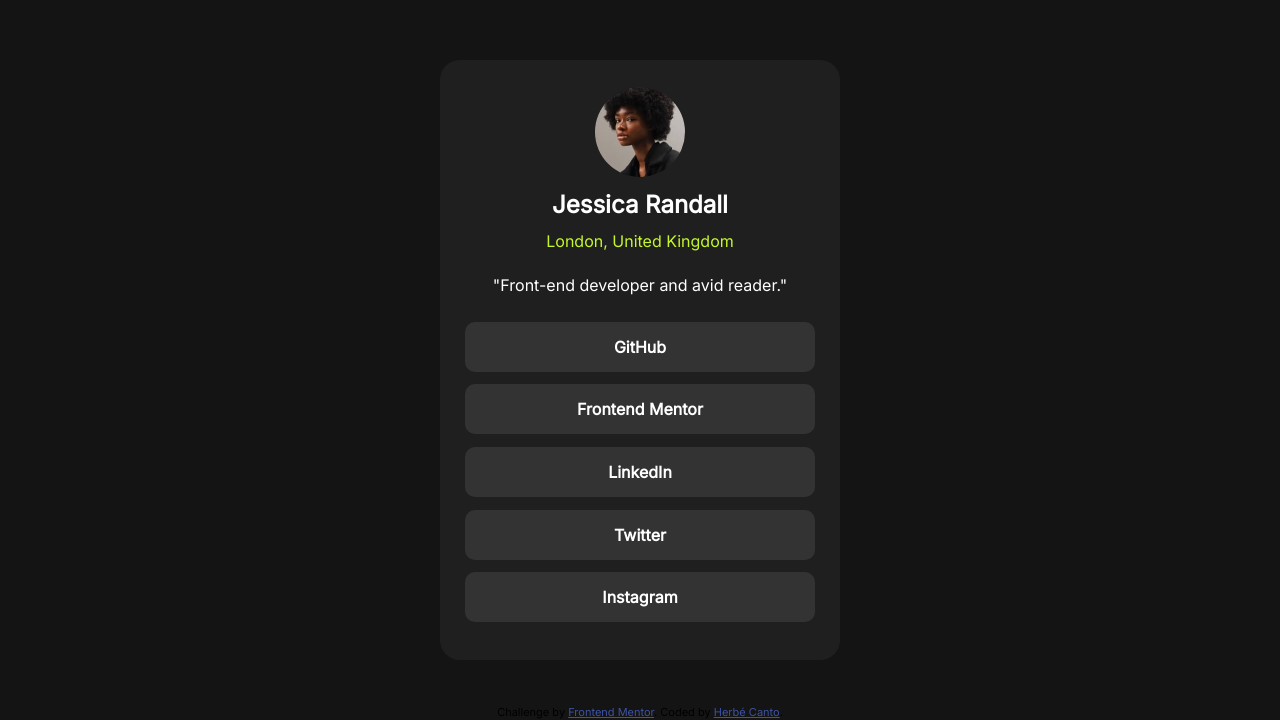
Repository: herbecanto/Social-Links-Profile
Page: index.html
The author's editor kept a copy of each file at every save. The page is drawn from the files as they stood at one save, then again after the next save.
The browser window is 1280 px wide. The pictures show the whole page.

Above is the page before, as saved 2025-01-22 21:51:57.

After the next save:
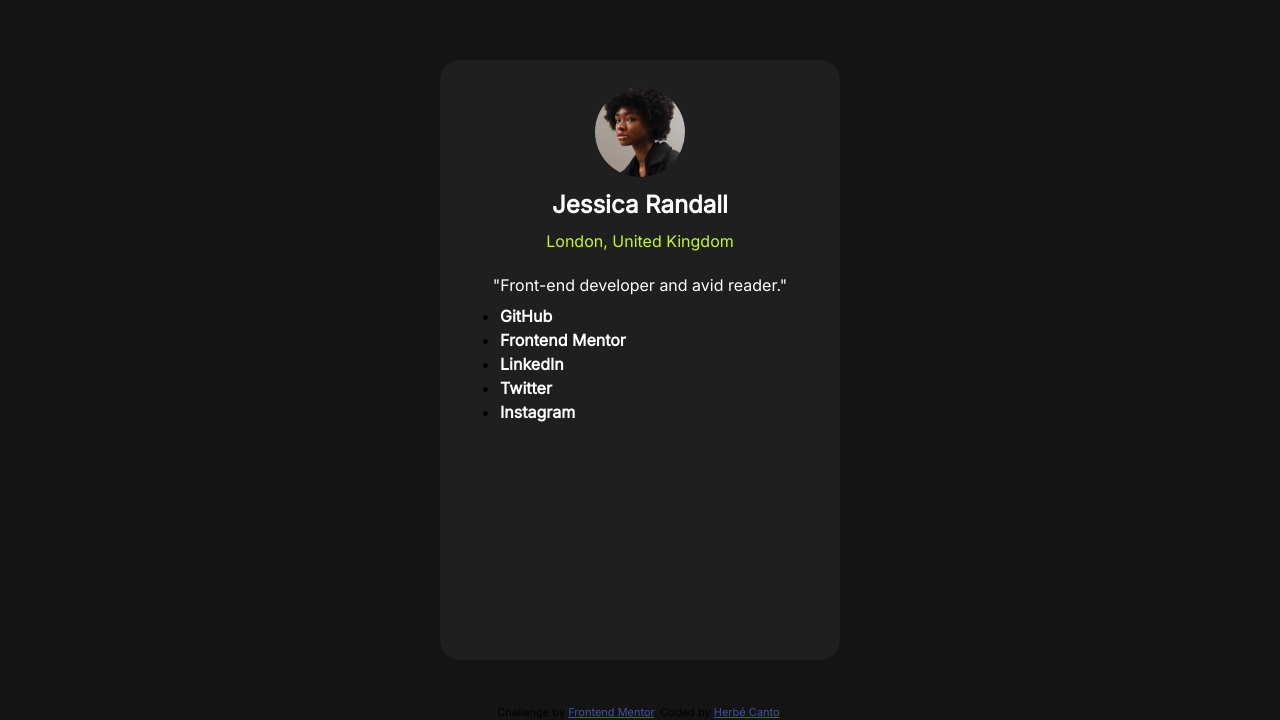
Saved 4 min 52 s later.
--- a/assets/styles/style.css
+++ b/assets/styles/style.css
@@ -161,7 +161,7 @@ main {
   margin-top: 20px;
 }
 
-.card-links {
+/* .card-links {
   display: flex;
 }
 
@@ -183,6 +183,7 @@ main {
   justify-content: center;
   align-items: center;
 }
+ */
 .card-links ul li a {
   text-decoration: none;
   color: var(--white);
